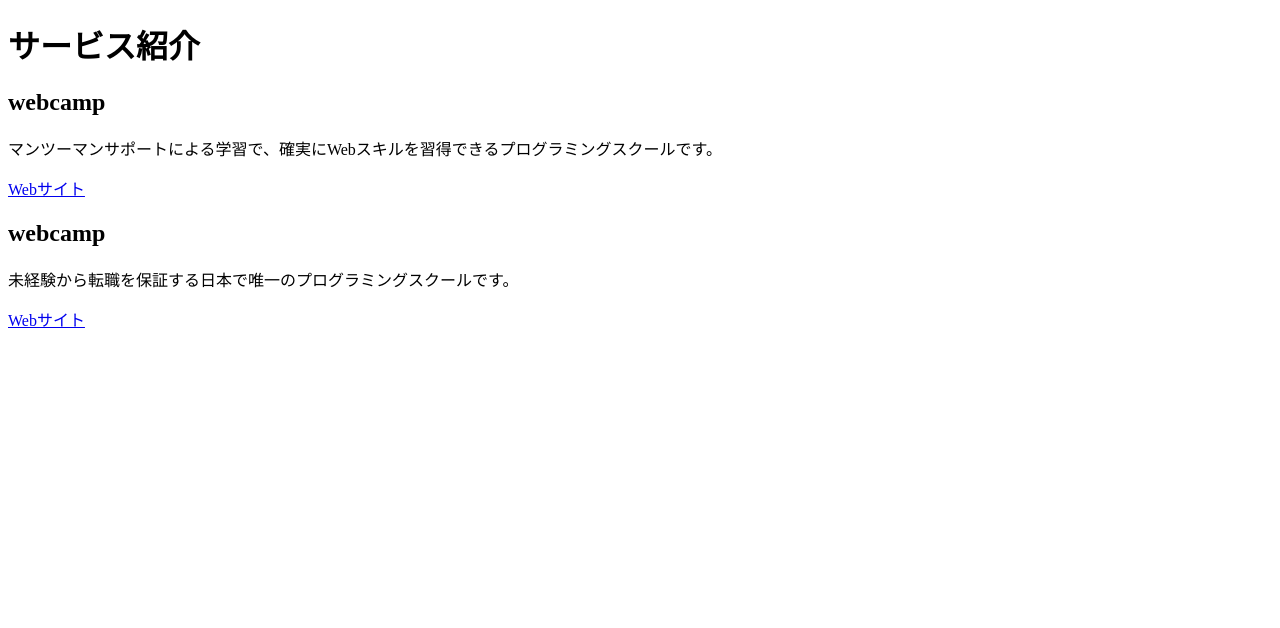
Repository: Yukari-Hangai/rensyu
Page: rensyu/rensyu.html
The author's editor kept a record of every edit. The page is drawn from the files as they stood at one moment, then again after the next edit.
The browser window is 1280 px wide. The pictures show the whole page.

Above is the page before.

After the next edit:
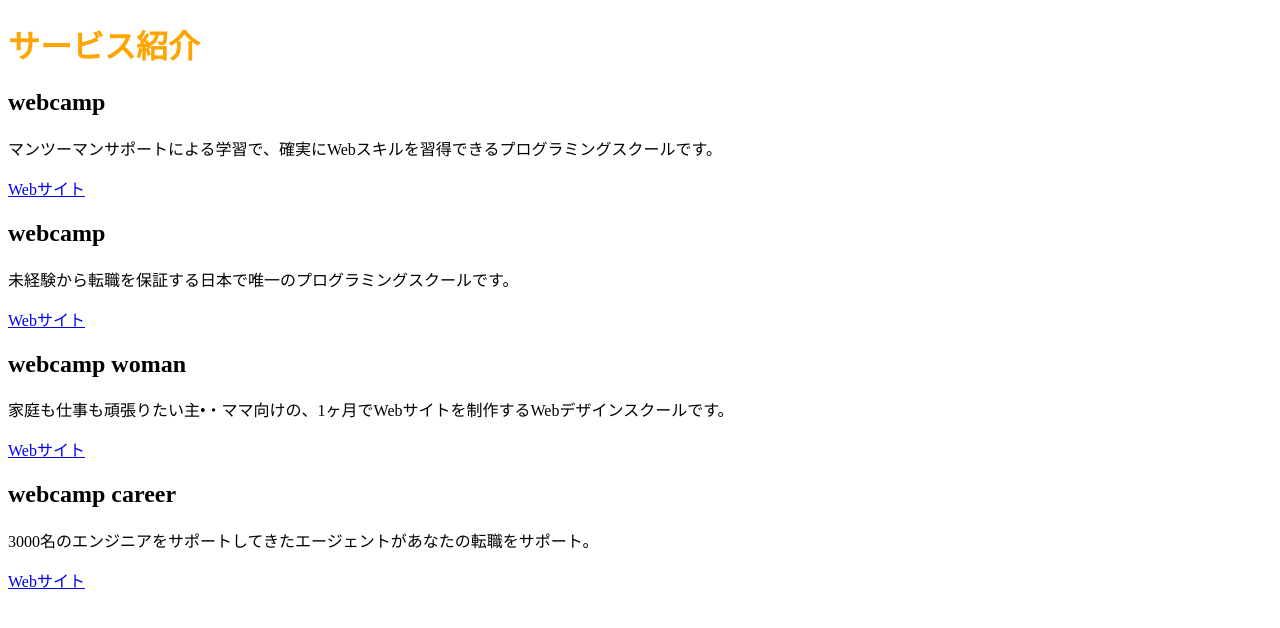
The edit:
--- a/rensyu/rensyu.html
+++ b/rensyu/rensyu.html
@@ -11,4 +11,12 @@
      <h2>webcamp</h2>
      <p>未経験から転職を保証する日本で唯一のプログラミングスクールです。</p>
      <a href="https://web-camp.io/">Webサイト</a>
+     <h2>webcamp woman</h2>
+     <p>家庭も仕事も頑張りたい主•・ママ向けの、1ヶ月でWebサイトを制作するWebデザインスクールです。</p>
+     <a href="https://web-camp.io/">Webサイト</a>
+     <h2>webcamp career</h2>
+     <p>3000名のエンジニアをサポートしてきたエージェントがあなたの転職をサポート。</p>
+     <a href="https://web-camp.io/">Webサイト</a>
+     <link rel="stylesheet" href="rensyu.css" />
  </body>
+</html>
